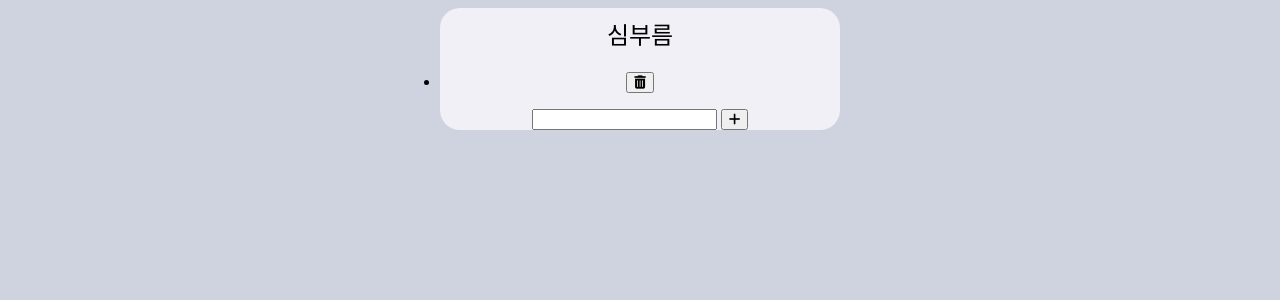
Repository: GoodHoneyCake/Dream_Coding_Academy5
Page: shopping_list/index.html
These files come from the project's save history. The page is drawn as it stood at one moment and after a run of saves; the edit follows.
The browser window is 1280 px wide. The pictures show the whole page.
Some web libraries are served in a nearby version.

Above is the page before, as saved 2021-01-29 18:04:07.
Console error: TypeError: Cannot read properties of null (reading 'addEventListener')

### shopping_list/index.html
<!DOCTYPE html>
<html lang="en">
  <head>
    <meta charset="UTF-8" />
    <meta name="viewport" content="width=device-width, initial-scale=1.0" />
    <title>Document</title>
    <script
      src="https://kit.fontawesome.com/c90a48a564.js"
      crossorigin="anonymous"
    ></script>
    <link rel="stylesheet" href="style.css" />
    <script src="main.js" defer></script>
  </head>
  <body>
    <section class="list">
      <header class="header">심부름</header>
      <ul class="items">
        <li class="item__row">
          <div class="item">
            <span class="item__name"></span>
            <button class="item__delete">
              <i class="fas fa-trash-alt"></i>
            </button>
          </div>
        </li>
      </ul>
      <footer class="footer">
        <input type="text" class="footer__input" />
        <button class="footer__btn">
          <i class="fas fa-plus"></i>
        </button>
      </footer>
    </section>
  </body>
</html>

### shopping_list/style.css
* {
  box-sizing: border-box;
}

ul {
  padding: 0;
}

body {
  background-color: #ced3df;
  text-align: center;
}

.list {
  width: 400px;
  margin: auto;
  background-color: #f1f0f7;
  border-radius: 20px;
}

.header {
  height: 48px;
  padding: 8px;
  font-size: 24px;
}

### shopping_list/main.js
const form = document.querySelector("form");
const input = document.querySelector("input");
const list = document.querySelector(".list");

form.addEventListener("submit", (e) => {
  input.replace(e, "");
  e.preventDefault();
  document.createElement("li");
  const data = document.createTextNode(e);
  list.appendChild(data);
});

After the next 2 saves:
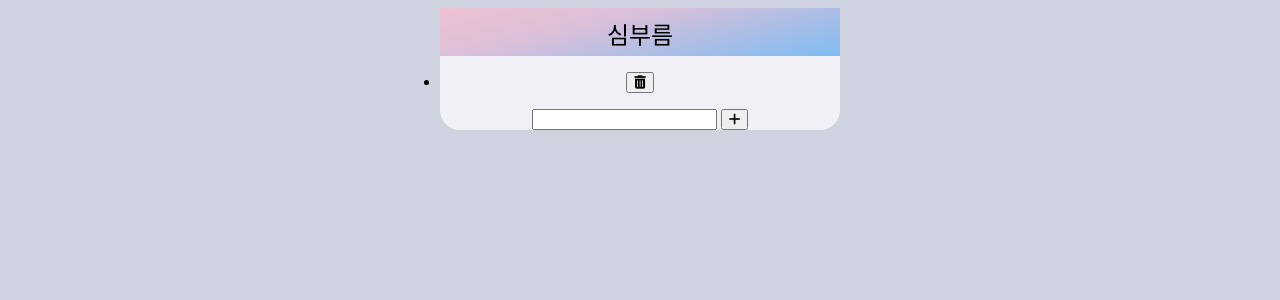
The 2 saves are shown as one change because they came seconds apart.
The last was saved 18 s later.
--- a/shopping_list/style.css
+++ b/shopping_list/style.css
@@ -22,4 +22,11 @@ body {
   height: 48px;
   padding: 8px;
   font-size: 24px;
+  background: rgba(237, 193, 211);
+  background: linear-gradient(
+    166deg,
+    rgba(237, 193, 211, 1) 0%,
+    rgba(219, 192, 216, 1) 35%,
+    rgba(127, 188, 242, 1) 100%
+  );
 }
